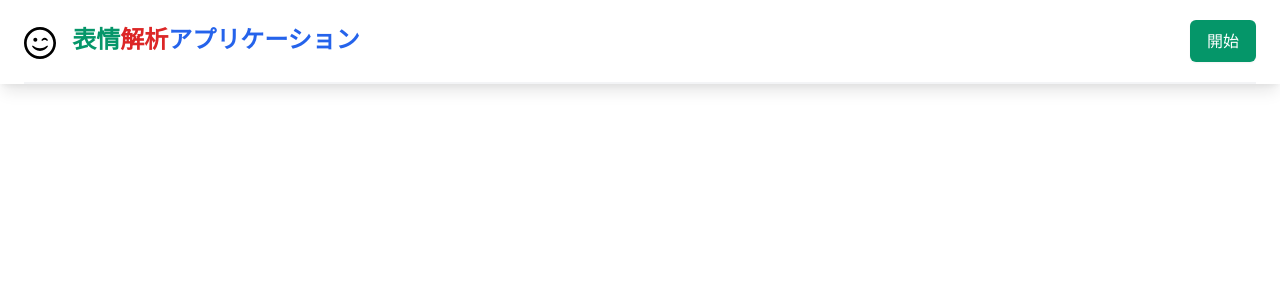
Repository: yun-mh/face-recognition-app
Page: front/index.html
The author's editor kept a record of every edit. The page is drawn from the files as they stood at one moment, then again after the next edit.
The browser window is 1280 px wide. The pictures show the whole page.
Some web libraries are served in a nearby version.

Above is the page before.

After the next edit:
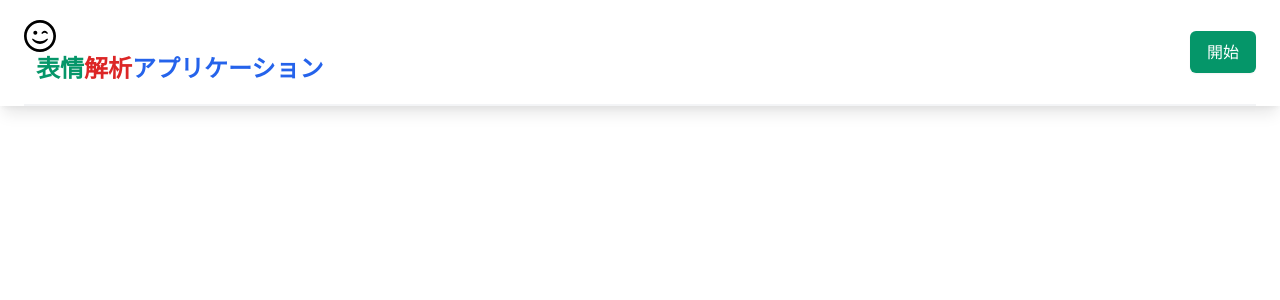
The edit:
--- a/front/index.html
+++ b/front/index.html
@@ -19,7 +19,8 @@
         <div class="flex justify-between items-center border-b-2 border-gray-100 py-5 md:justify-start md:space-x-10">
           <div class="lg:w-0 lg:flex-1 h-auto items-center">
             <span>
-            <svg class="inline-block" xmlns="http://www.w3.org/2000/svg" width="32" height="32" viewBox="0 0 24 24"><path d="M12 2c5.514 0 10 4.486 10 10s-4.486 10-10 10-10-4.486-10-10 4.486-10 10-10zm0-2c-6.627 0-12 5.373-12 12s5.373 12 12 12 12-5.373 12-12-5.373-12-12-12zm5.508 13.941c-1.513 1.195-3.174 1.931-5.507 1.931-2.335 0-3.996-.736-5.509-1.931l-.492.493c1.127 1.72 3.2 3.566 6.001 3.566 2.8 0 4.872-1.846 5.999-3.566l-.492-.493zm-9.008-5.941c-.828 0-1.5.671-1.5 1.5s.672 1.5 1.5 1.5 1.5-.671 1.5-1.5-.672-1.5-1.5-1.5zm9.5 2.002l-.755.506s-.503-.948-1.746-.948c-1.207 0-1.745.948-1.745.948l-.754-.506c.281-.748 1.205-2.002 2.499-2.002 1.295 0 2.218 1.254 2.501 2.002z"/></svg>
+              <svg xmlns="http://www.w3.org/2000/svg" width="32" height="32" viewBox="0 0 24 24"><path d="M12 2c5.514 0 10 4.486 10 10s-4.486 10-10 10-10-4.486-10-10 4.486-10 10-10zm0-2c-6.627 0-12 5.373-12 12s5.373 12 12 12 12-5.373 12-12-5.373-12-12-12zm5.508 13.941c-1.513 1.195-3.174 1.931-5.507 1.931-2.335 0-3.996-.736-5.509-1.931l-.492.493c1.127 1.72 3.2 3.566 6.001 3.566 2.8 0 4.872-1.846 5.999-3.566l-.492-.493zm-9.008-5.941c-.828 0-1.5.671-1.5 1.5s.672 1.5 1.5 1.5 1.5-.671 1.5-1.5-.672-1.5-1.5-1.5zm9.5 2.002l-.755.506s-.503-.948-1.746-.948c-1.207 0-1.745.948-1.745.948l-.754-.506c.281-.748 1.205-2.002 2.499-2.002 1.295 0 2.218 1.254 2.501 2.002z"/></svg>
+            </span>
             <!--<i class="fas fa-smile-wink text-gray-500 text-2xl mr-3"></i>-->
             <span class="ml-3 font-bold text-2xl"><span class="text-green-600">表情</span><span class="text-red-600">解析</span><span class="text-blue-600">アプリケーション</span></span>
           </div>
